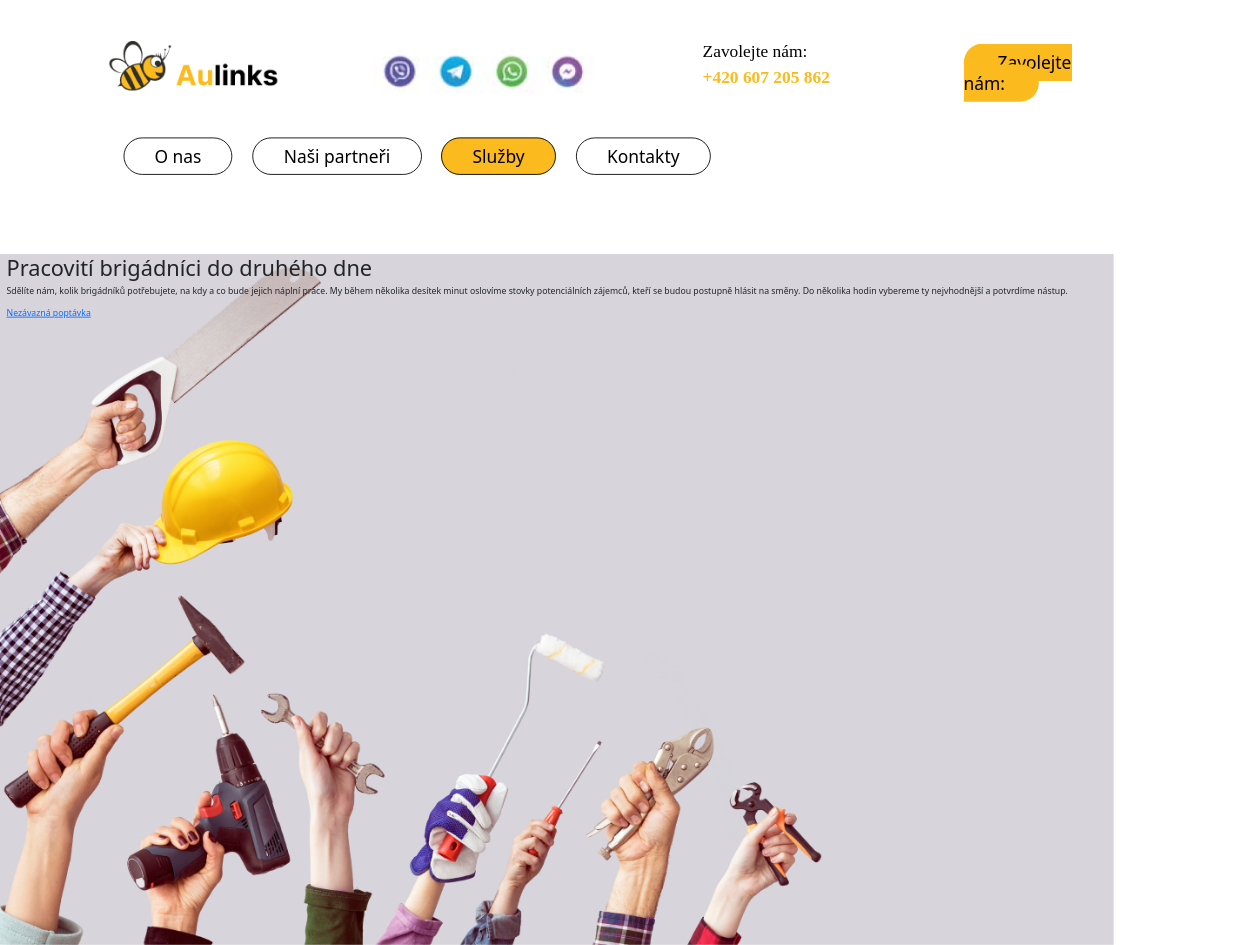
Repository: bilday08/aulinks
Page: index.html
An editor plug-in stored every save of this project. The page is shown before and after the next save, followed by the edit.
The browser window is 1280 px wide. The page is 1280 px wide, then 1448 px, so the pictures cover 1448 px, including what lies to the right of the window. The pictures show the whole page, at 87% of full size.
Some web fonts or font styles are not loaded; a fallback is used.

Above is the page before, as saved 2022-12-07 01:13:56.

### index.html
<!DOCTYPE html>
<html lang="en">
<head>
    <meta charset="UTF-8">
    <meta http-equiv="X-UA-Compatible" content="IE=edge">
    <meta name="viewport" content="width=device-width, initial-scale=1.0">
    <title>Aulinks</title>
    <link rel="stylesheet" href="./reset.css">
    <link rel="stylesheet" href="./style.css">
    <link
    rel="stylesheet"
    href="https://cdnjs.cloudflare.com/ajax/libs/font-awesome/6.2.0/css/all.min.css"
    integrity="sha512-xh6O/CkQoPOWDdYTDqeRdPCVd1SpvCA9XXcUnZS2FmJNp1coAFzvtCN9BmamE+4aHK8yyUHUSCcJHgXloTyT2A=="
    crossorigin="anonymous"
    referrerpolicy="no-referrer" />
    <link
    href="https://cdn.jsdelivr.net/npm/bootstrap@5.2.1/dist/css/bootstrap.min.css"
    rel="stylesheet"
    integrity="sha384-iYQeCzEYFbKjA/T2uDLTpkwGzCiq6soy8tYaI1GyVh/UjpbCx/TYkiZhlZB6+fzT"
    crossorigin="anonymous">
    <script
    src="https://cdn.jsdelivr.net/npm/bootstrap@5.2.1/dist/js/bootstrap.bundle.min.js"
    integrity="sha384-u1OknCvxWvY5kfmNBILK2hRnQC3Pr17a+RTT6rIHI7NnikvbZlHgTPOOmMi466C8"
    crossorigin="anonymous">
    </script>
    <link rel="preconnect" href="https://fonts.googleapis.com">
    <link rel="preconnect" href="https://fonts.gstatic.com" crossorigin>
    <link
    href="https://fonts.googleapis.com/css2?family=Inter+Tight:ital,wght@0,100;0,200;0,300;0,400;0,500;0,600;0,700;0,800;0,900;1,200;1,300;1,400;1,500;1,600;1,700;1,800;1,900&family=Inter:wght@100;200;300;400;500;600;700;800;900&display=swap"
    rel="stylesheet">
</head>
<body>
    <header>
        <div class="container-fluid header">
            <div class="header__logo">
                <img class="logo_images" src="./images/Header/logo.png" alt="logo"/>
                <img class="logo_text" src="./images/Header/logotext.png" alt="logo"/>
            </div>
            <div class="header__contact">
                <img class="contact_images" src="./images/Header/contact.png" alt="contact">
            </div>
            <div class="header__text">
                <span class="text_name">Zavolejte nám:</span>
                <span class="text_number">+420 607 205 862</span>
            </div>
            <div class="header__button">
                <a href="#" class="button_name">Zavolejte nám:</a>
            </div>
            <div class="herder__button_white">
                <a href="#" class="button_name_white">O nas</a>
                <a href="#" class="button_name_white">Naši partneři</a>
                <a href="#" class="button_name_white button_name_yellow">Služby</a>
                <a href="#" class="button_name_white">Kontakty</a>
            </div>
        </div>
    </header>
    <main>
        <div class="container-fluid main">
            <div class="main__top_br">
                <h1 class="main_text">Pracovití brigádníci do druhého dne</h1>
                <p class="main_content">
                    Sdělíte nám, kolik brigádníků potřebujete,
                    na kdy a co bude jejich náplní práce. My během několika
                    desítek minut oslovíme stovky potenciálních zájemců, kteří
                    se budou postupně hlásit na směny. Do několika hodin vybereme
                    ty nejvhodnější a potvrdíme nástup.
                </p>
                <a href="#" class="main_button">Nezávazná poptávka</a>
            </div>
        </div>
    </main>
</body>
</html>

### style.css
html{
    font-size: 62.5%;
    /* 1rem=10px; */
}
* {
    box-sizing: border-box;
}
body{
    font-family: 'Inter Tight', sans-serif;
}
.herder{
    height: 36rem;
    background-image: url(./images/Header/Rectangle\ 8\ \(9\).png);
    object-fit: cover;
    z-index: 1;
}
.header__logo{
    margin-top: 6rem;
}
.logo_images{
    margin-left: 11.4rem;
    margin-top: -2rem;
    width: 7.8rem;
    height: 7.1rem;
}
.contact_images{
    margin-left: 40rem;
    margin-top: -7rem;
    width: 30.8rem;
    height: 8.1rem;
}
.header__text{
    margin-left: 80rem;
    margin-top: -8rem;
}
.text_name{
    display: block;
    width: 14.5rem;
    height: 3rem;
    font-family: 'Inter Tight';
    font-weight: 400;
    font-size: 20px;
    line-height: 24px;
    color: black;
}
.text_number{
    color: #FBBA1D;
    width: 18.5rem;
    height: 2.4rem;
    font-family: 'Inter Tight';
    font-style: normal;
    font-weight: 700;
    font-size: 20px;
    line-height: 24px;
}
.header__button{
    margin-left: 110rem;
    margin-top: -4rem;
}
.button_name{
    text-align: center;
    text-decoration: none;
    padding: 0.8rem 3.9rem;
    color: black;
    background-color: #FBBA1D;
    width: 22.3rem;
    height: 4.1rem;
    font-weight: 400;
    font-size: 20px;
    line-height: 24px;
    border-radius: 30px;
}
.herder__button_white{
    margin-top: 6rem;
    margin-left: 11.4rem;
}
.button_name_white{
    text-decoration: none;
    text-align: center;
    color: black;
    background-color: white;
    padding: 0.7rem 3.5rem;
    width: 19rem;
    height: 4rem;
    font-weight: 400;
    font-size: 20px;
    line-height: 24px;
    border-radius: 30px;
    border: 1px solid #000000;
    margin-left: 2rem;
}
.button_name_yellow{
    background-color: #FBBA1D;
}
.main{
    max-width: 100%;
    height: 79.4rem;
    background-image: url(./images/Main/brmain.png);
    object-fit: cover;
    margin-top: 10rem;
}

Loaded but not shown: reset.css (common file)

After the next save:
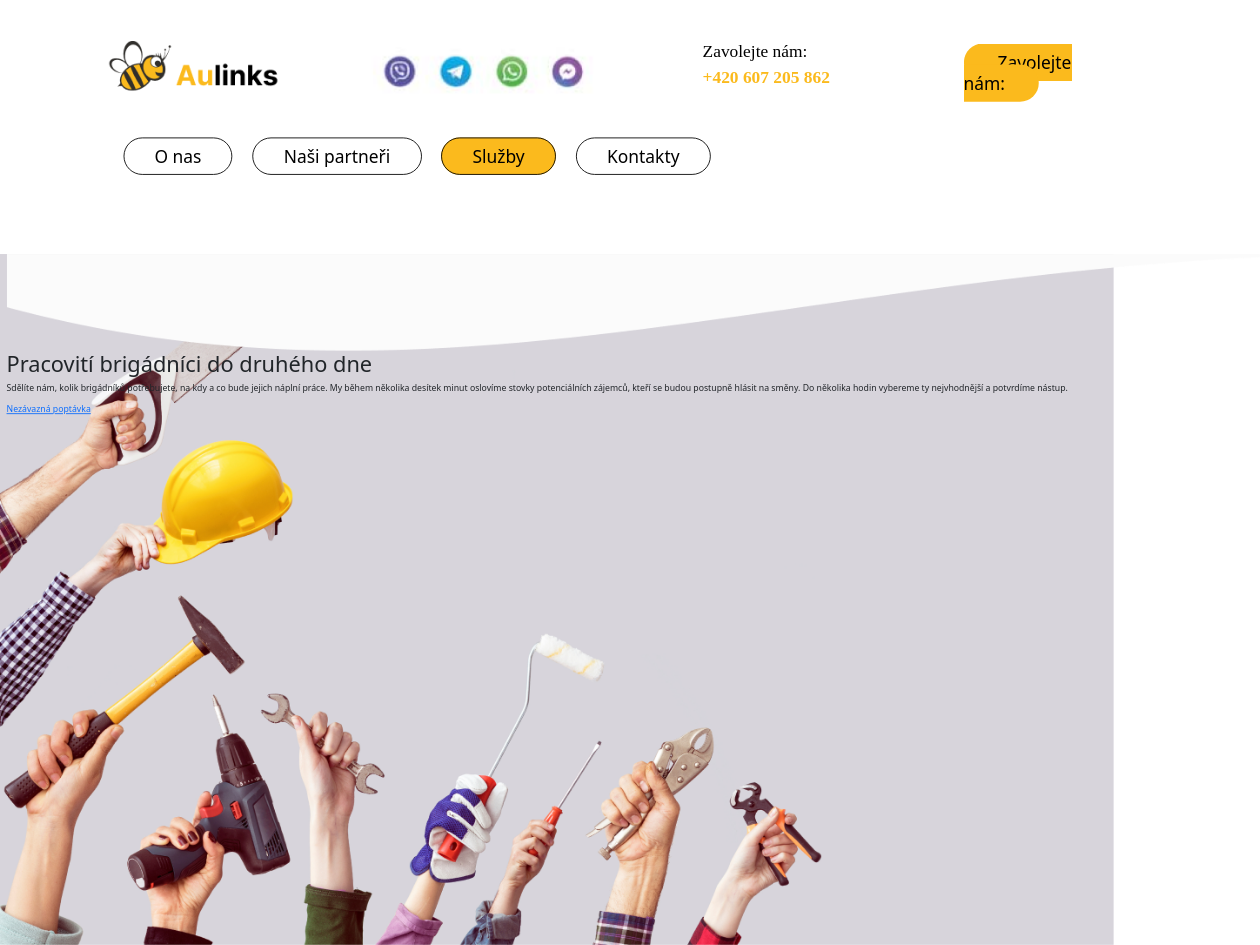
Saved 5 min 6 s later.
--- a/index.html
+++ b/index.html
@@ -57,6 +57,7 @@
     <main>
         <div class="container-fluid main">
             <div class="main__top_br">
+                <img src="./images/Main/container-top-center1.png" alt="#" class="main_top_header">
                 <h1 class="main_text">Pracovití brigádníci do druhého dne</h1>
                 <p class="main_content">
                     Sdělíte nám, kolik brigádníků potřebujete,
